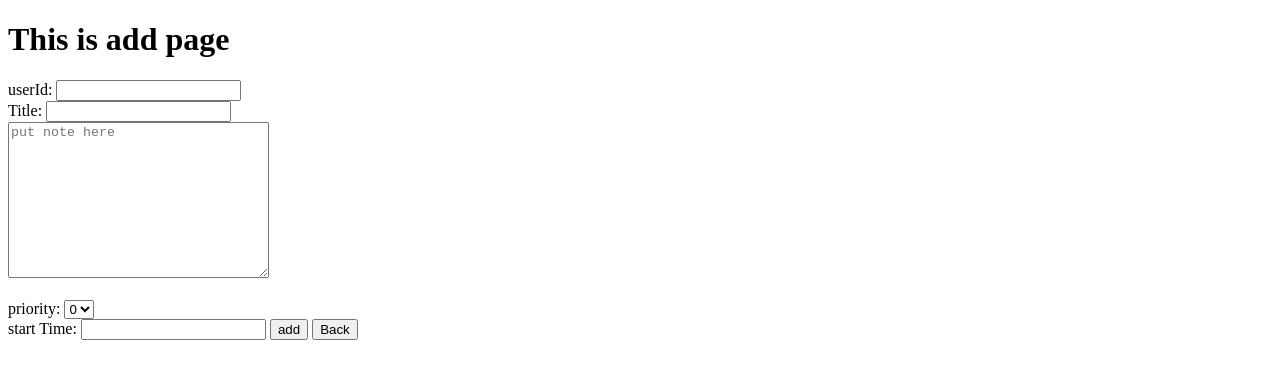
Repository: iamBoWu/CMPT370
Page: http://localhost/addevent
The author's editor kept a copy of each file at every save. The page is drawn from the files as they stood at one save, then again after the next save.
The browser window is 1280 px wide. The pictures show the whole page.
The page is this project's Thymeleaf template; nobody is signed in. The template is opened directly, without the code that normally fills it, so the values that code supplies are empty.

Above is the page before, as saved 2020-03-05 16:40:00.

After the next save:
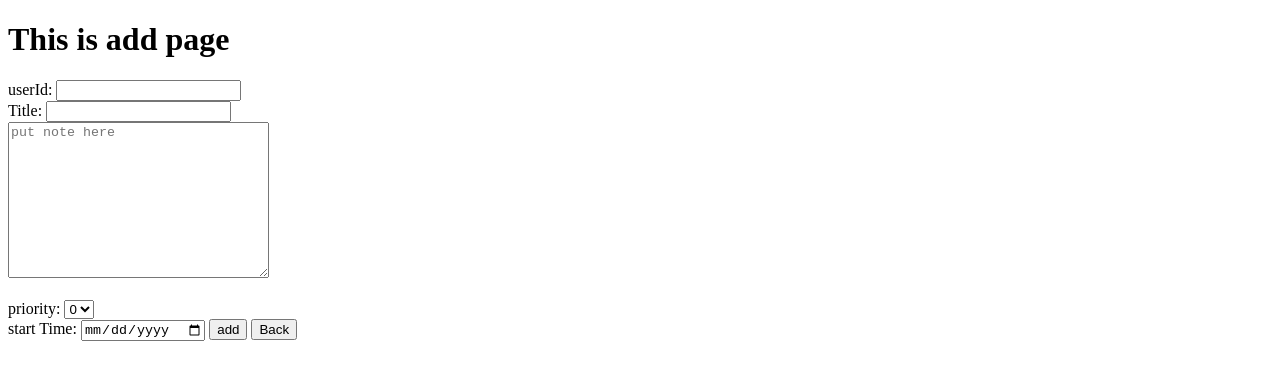
Saved 33 s later.
--- a/370ProjectBackend/370project/src/main/resources/templates/addevent.html
+++ b/370ProjectBackend/370project/src/main/resources/templates/addevent.html
@@ -52,7 +52,7 @@
 					    <option value="3">3</option>
 					  </select><br>
 					<label for="startTime">start Time:</label>
-					<input type="datetime" id="startTime" name="startTime">
+					<input type="date" id="startTime" name="startTime">
 
                <button  onclick="submitAdd()">add</button>
 
